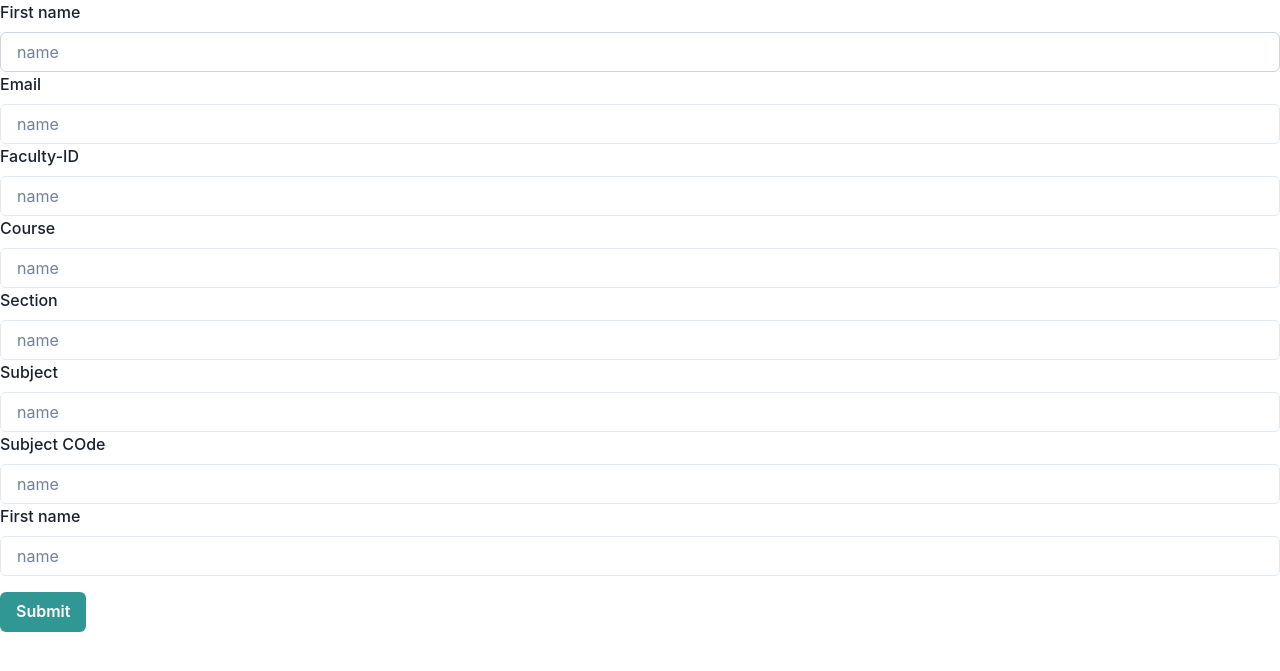
Repository: shash0708/attendence
Page: /form
An editor plug-in stored every save of this project. The page is shown before and after the next save, followed by the edit.
The browser window is 1280 px wide. The pictures show the whole page.
The project was rebuilt for these pictures with package versions that can differ from the ones it lists, and the page was loaded fresh each time. Also part of the build but not shown: src/App.css, client/src/components/Navbar/Navbar.component.jsx, src/components/Button/Button.component.jsx, src/components/Login/Login.component.jsx, src/components/homeProp/HomeProp.styles.scss, src/components/homeProp/HomeProp.component.jsx, src/routes/Home/Home.styles.scss, src/routes/Home/Home.component.jsx and 2 more.

Above is the page before, as saved 2024-04-06 21:52:29.

### src/index.js
import React from 'react';
import ReactDOM from 'react-dom/client';
import './index.css';
import App from './App';
import reportWebVitals from './reportWebVitals';
import { BrowserRouter } from 'react-router-dom';
import { ChakraProvider } from '@chakra-ui/react'

const root = ReactDOM.createRoot(document.getElementById('root'));
root.render(
  <React.StrictMode>
  <BrowserRouter>
<ChakraProvider>
    <App />
    </ChakraProvider>
    </BrowserRouter>

  </React.StrictMode>
);

// If you want to start measuring performance in your app, pass a function
// to log results (for example: reportWebVitals(console.log))
// or send to an analytics endpoint. Learn more: https://bit.ly/CRA-vitals
reportWebVitals();

### src/App.js
import './App.css';
import Home from './routes/Home/Home.component.jsx'
import { Routes,Route} from 'react-router-dom';
import Authentication from './routes/Authentication/Authentication.component';
import Form from './components/Form/From.component.jsx';

function App() {
  return (
    <Routes>
    <Route index element={<Home/>}/>

    <Route path='auth' element={<Authentication/>}/>
    <Route path='form' element={<Form/>}/>
    </Routes>
  );
}

export default App;

### src/components/Form/From.component.jsx
import { useForm } from 'react-hook-form'
import {
  FormErrorMessage,
  FormLabel,
  FormControl,
  Input,
  Button,
} from '@chakra-ui/react'

export default function Form() {
  const {
    handleSubmit,
    register,
    formState: { errors, isSubmitting },
  } = useForm()

  function onSubmit(values) {
    return new Promise((resolve) => {
      setTimeout(() => {
        alert(JSON.stringify(values, null, 2))
        resolve()
      }, 3000)
    })
  }

  return (
    <form onSubmit={handleSubmit(onSubmit)}>
      <FormControl isInvalid={errors.name}>
        <FormLabel htmlFor='name'>First name</FormLabel>
        <Input
          id='name'
          placeholder='name'
          {...register('name', {
            required: 'This is required',
            minLength: { value: 4, message: 'Minimum length should be 4' },
          })}
        />
        <FormErrorMessage>
          {errors.name && errors.name.message}
        </FormErrorMessage>
      </FormControl>
      <FormControl isInvalid={errors.name}>
        <FormLabel htmlFor='name'>Email</FormLabel>
        <Input
          id='name'
          placeholder='name'
          {...register('name', {
            required: 'This is required',
            minLength: { value: 4, message: 'Minimum length should be 4' },
          })}
        />
        <FormErrorMessage>
          {errors.name && errors.name.message}
        </FormErrorMessage>
      </FormControl>

      <FormControl isInvalid={errors.name}>
        <FormLabel htmlFor='name'>Faculty-ID</FormLabel>
        <Input
          id='name'
          placeholder='name'
          {...register('name', {
            required: 'This is required',
            minLength: { value: 4, message: 'Minimum length should be 4' },
          })}
        />
        <FormErrorMessage>
          {errors.name && errors.name.message}
        </FormErrorMessage>
      </FormControl>

      <FormControl isInvalid={errors.name}>
        <FormLabel htmlFor='name'>Course</FormLabel>
        <Input
          id='name'
          placeholder='name'
          {...register('name', {
            required: 'This is required',
            minLength: { value: 4, message: 'Minimum length should be 4' },
          })}
        />
        <FormErrorMessage>
          {errors.name && errors.name.message}
        </FormErrorMessage>
      </FormControl>

      <FormControl isInvalid={errors.name}>
        <FormLabel htmlFor='name'>Section</FormLabel>
        <Input
          id='name'
          placeholder='name'
          {...register('name', {
            required: 'This is required',
            minLength: { value: 4, message: 'Minimum length should be 4' },
          })}
        />
        <FormErrorMessage>
          {errors.name && errors.name.message}
        </FormErrorMessage>
      </FormControl>

      <FormControl isInvalid={errors.name}>
        <FormLabel htmlFor='name'>Subject</FormLabel>
        <Input
          id='name'
          placeholder='name'
          {...register('name', {
            required: 'This is required',
            minLength: { value: 4, message: 'Minimum length should be 4' },
          })}
        />
        <FormErrorMessage>
          {errors.name && errors.name.message}
        </FormErrorMessage>
      </FormControl>

      <FormControl isInvalid={errors.name}>
        <FormLabel htmlFor='name'>Subject COde</FormLabel>
        <Input
          id='name'
          placeholder='name'
          {...register('name', {
            required: 'This is required',
            minLength: { value: 4, message: 'Minimum length should be 4' },
          })}
        />
        <FormErrorMessage>
          {errors.name && errors.name.message}
        </FormErrorMessage>
      </FormControl>

      <FormControl isInvalid={errors.name}>
        <FormLabel htmlFor='name'>First name</FormLabel>
        <Input
          id='name'
          placeholder='name'
          {...register('name', {
            required: 'This is required',
            minLength: { value: 4, message: 'Minimum length should be 4' },
          })}
        />
        <FormErrorMessage>
          {errors.name && errors.name.message}
        </FormErrorMessage>
      </FormControl>
      <Button mt={4} colorScheme='teal' isLoading={isSubmitting} type='submit'>
        Submit
      </Button>
    </form>
  )
}

Loaded but not shown: public/index.html (common file); src/index.css (common file); src/reportWebVitals.js (common file)

After the next save:
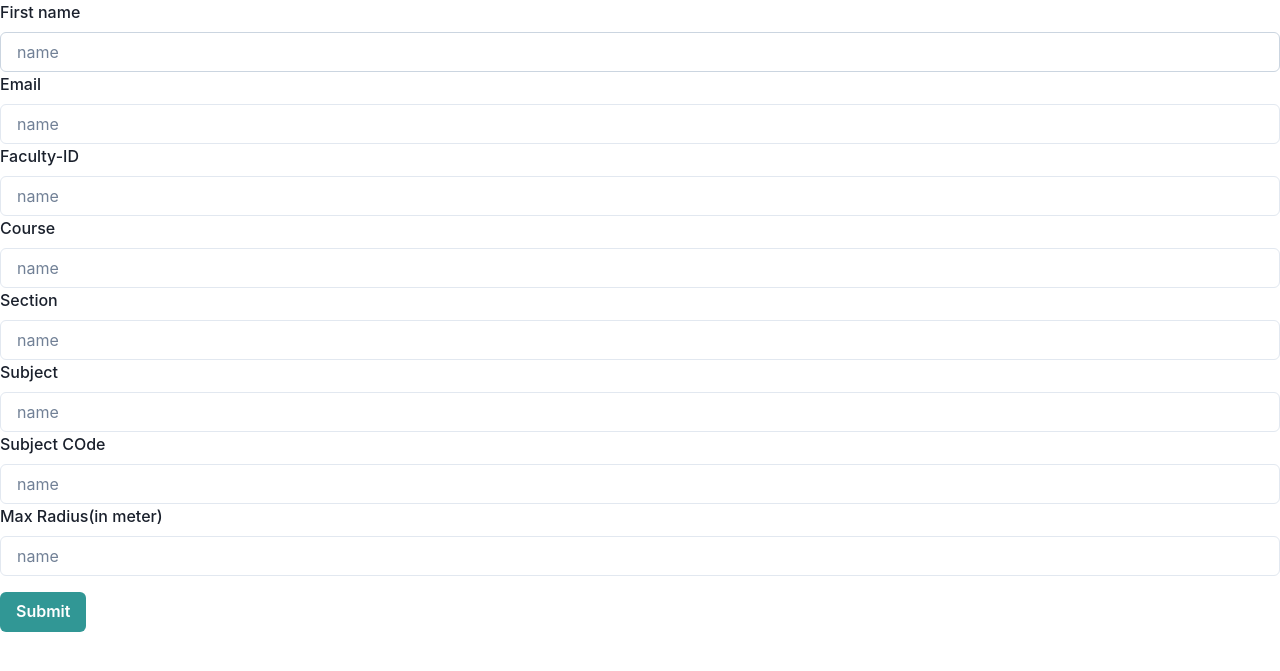
Saved 13 s later.
--- a/src/components/Form/From.component.jsx
+++ b/src/components/Form/From.component.jsx
@@ -130,7 +130,7 @@ export default function Form() {
       </FormControl>
 
       <FormControl isInvalid={errors.name}>
-        <FormLabel htmlFor='name'>First name</FormLabel>
+        <FormLabel htmlFor='name'>Max Radius(in meter)</FormLabel>
         <Input
           id='name'
           placeholder='name'
